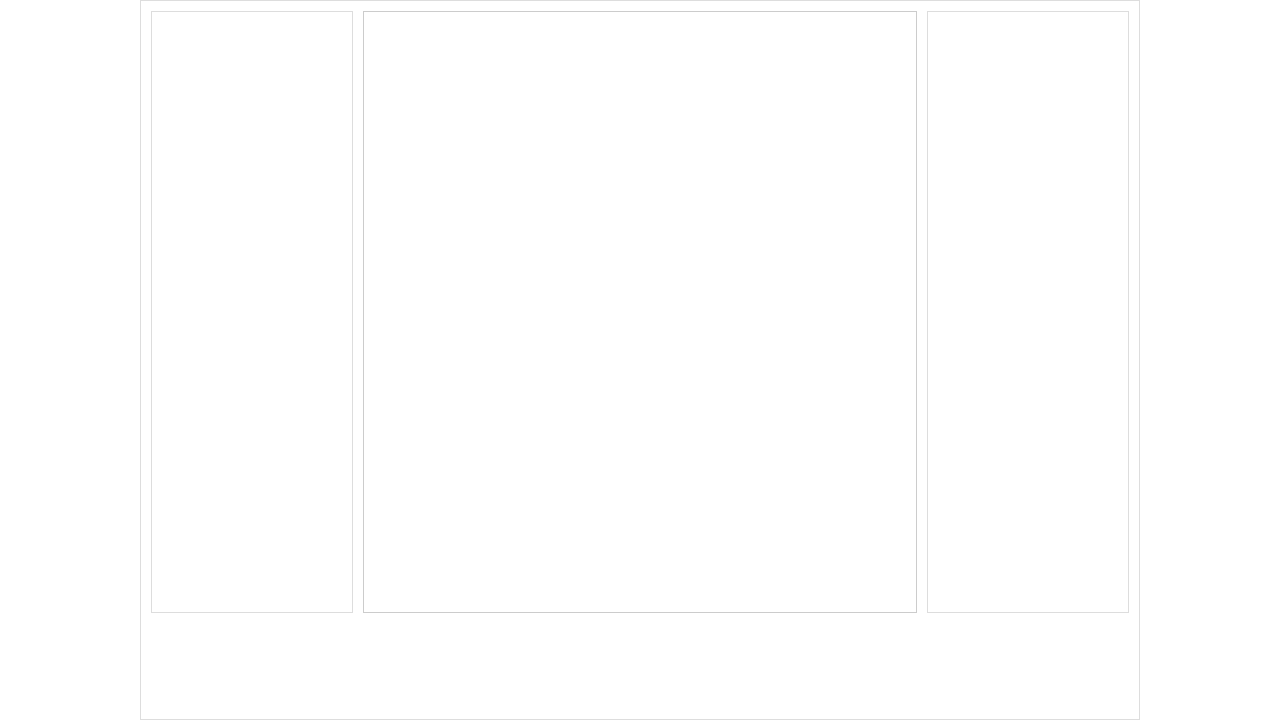
Repository: cw19931024/Demo
Page: drap.html
An editor plug-in stored every save of this project. The page is shown before and after the next save, followed by the edit.
The browser window is 1280 px wide. The pictures show the whole page.

Above is the page before, as saved 2017-07-26 16:46:23.

After the next save:
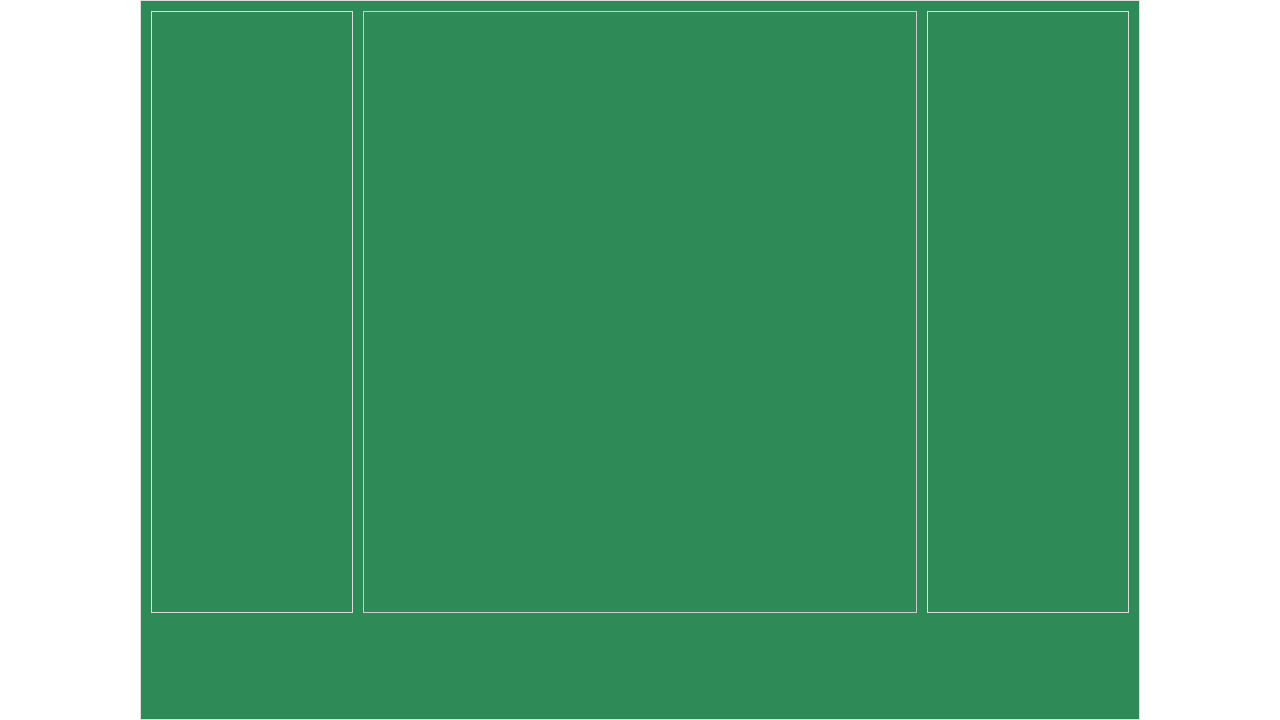
Saved 17 s later.
--- a/drap.html
+++ b/drap.html
@@ -4,7 +4,7 @@
     <style>
         *{padding: 0;margin: 0;}
         html,body{height: 100%;}
-        .container{width: 1000px;margin: 0 auto;min-height: 100%;border:1px solid #ddd;padding: 10px;box-sizing: border-box;overflow: hidden;}
+        .container{width: 1000px;margin: 0 auto;min-height: 100%;border:1px solid #ddd;padding: 10px;box-sizing: border-box;overflow: hidden;background: seagreen;}
         .container #content{min-height: 600px;border:1px solid #ccc;width: calc(100% - 426px);float: left;margin: 0 10px;}
         .container .input{width: 200px;border:1px solid #ddd;min-height:600px;float: left;}
     </style>
